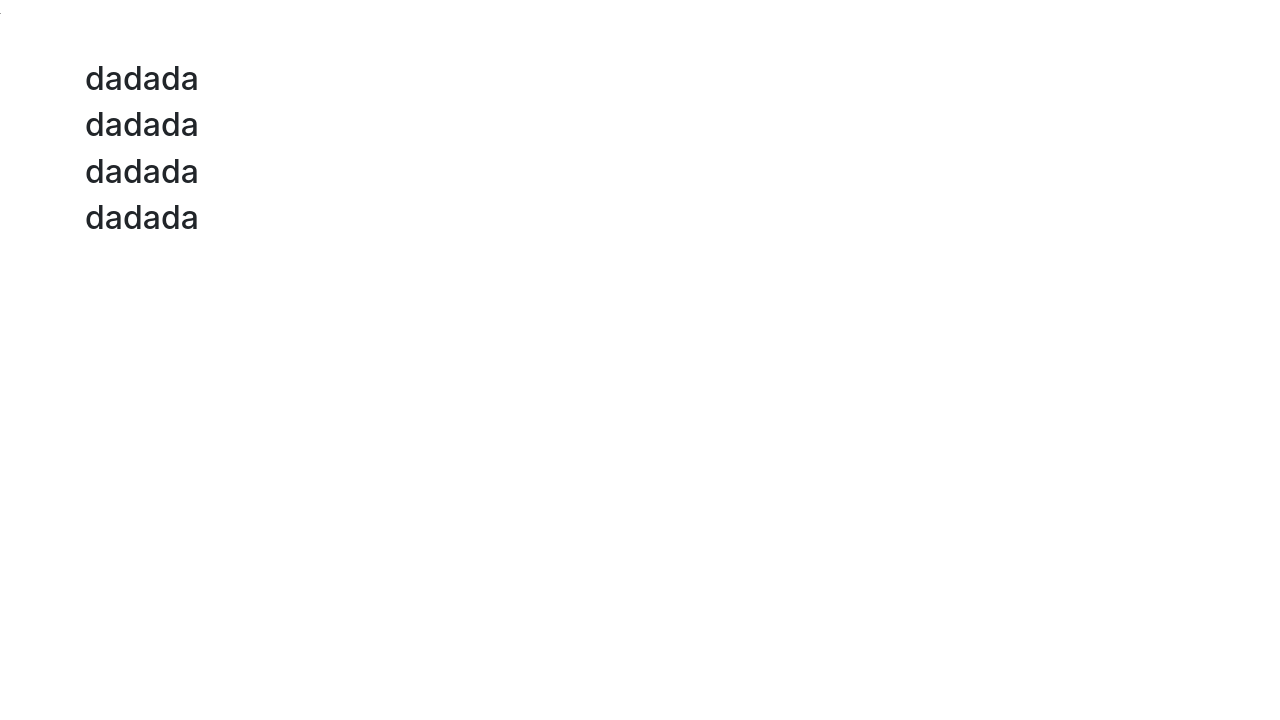
Repository: Yondo202/svProject
Page: /
An editor plug-in stored every save of this project. The page is shown before and after the next save, followed by the edit.
The browser window is 1280 px wide. The pictures show the whole page.
The project was rebuilt for these pictures with package versions that can differ from the ones it lists, and the page was loaded fresh each time. The framework's server and built-in components were replaced by stand-ins that run in the browser. Also part of the build but not shown: next.config.js.

Above is the page before, as saved 2020-11-18 17:13:57.

### pages/_app.js
import React from "react";
import App from "next/app";
import { AnimatePresence } from "framer-motion";
import { MenuProvider } from "@/miscs/ContextMenuProvider";
import { ThemeProvider } from "styled-components";
import * as theme from "@/miscs/theme";
import checkLanguage from "@/components/miscs/checkLanguage";

const base = "http://localhost:1337";

class MyApp extends App {
    state = {
        menu: [],
        completelyLoaded: false,
    };
    // async componentDidMount() {
    //     let res = await checkLanguage(queryString, null);
    //     this.setState({ completelyLoaded: true, menu: res.data.menu.Main});
    // }

    render() {
        const { Component, pageProps, router } = this.props;

        return (
            <ThemeProvider theme={theme}>
                <MenuProvider value={this.state}>
                    <AnimatePresence exitBeforeEnter>
                        <Component {...pageProps} key={router.route} />
                    </AnimatePresence>
                </MenuProvider>
            </ThemeProvider>
        );
    }
}

export default MyApp;

const queryString = ``

// const queryString = `
// {
// menu {
//     Main {
//     Title Slug Page {
//         Slug
//         }
//         }
//     }
// }`;

### pages/_document.js
import Document, { Html, Head, Main, NextScript } from 'next/document'
import Pixel from "@/components/miscs/Pixel";

class MyDocument extends Document {
    render(){
        return(
            <Html lang="mn">
                <Head>
                    <link rel="stylesheet" href="https://stackpath.bootstrapcdn.com/bootstrap/4.3.1/css/bootstrap.min.css" integrity="sha384-ggOyR0iXCbMQv3Xipma34MD+dH/1fQ784/j6cY/iJTQUOhcWr7x9JvoRxT2MZw1T" crossOrigin="anonymous"/>
                    <link rel="shortcut icon" href="/img/ico.png" />
                    <link href="https://fonts.googleapis.com/css2?family=Roboto:wght@300;400;700&display=swap" rel="stylesheet"/>
                    <link href="https://fonts.googleapis.com/css2?family=Poppins:wght@300;400;500&display=swap" rel="stylesheet"></link>
                    <Pixel/>
                </Head>
                <body>
                    <Main/>
                    <NextScript/>
                </body>
            </Html>
        )
    }
}

export default MyDocument

### pages/index.js
import React from "react";
import { motion } from "framer-motion";
import Background from '../components/Top'
import Forms from '../components/Forms'

function index() {
    return (
        <div>
            <Background />
            <Forms />
        </div>
    )
}

export default index




























// import Root from "@/core/Root";
// import ResolveComponent from "@/components/dynamic/ResolveComponent"
// import checkLanguage from "@/components/miscs/checkLanguage";
// import { MenuContext } from '@/miscs/ContextMenuProvider'
// import { useContext } from "react";

// const Index = ({ data }) => {

//     let { Layout } = data
//     const { completelyLoaded } = useContext(MenuContext);

//     return (
//         <motion.div exit={{ opacity: 0 }} initial={{ opacity: 0 }} animate={{ opacity: 1 }} >
//             <Root noFooter>
//                 {completelyLoaded &&
//                     <ResolveComponent data={Layout} />
//                 }
//             </Root>
//         </motion.div>
//     );

// };
// export default Index;

// export async function getServerSideProps({ params, req }) {
//     let res = await checkLanguage('/home', req, true);
//     return { props: { data: res.data } }
// }

### components/miscs/ContextMenuProvider.js
import React from 'react';

const MenuContext = React.createContext();

const MenuProvider = MenuContext.Provider
const MenuConsumer = MenuContext.Consumer

export {MenuProvider, MenuConsumer, MenuContext}

### components/miscs/theme.js
export const colorOne = "#532532";
export const colorTwo = "#123123";
export const fontSize = "16px";
export const fontFamily1 = "Poppins', sans-serif"

### components/miscs/checkLanguage.js
import fetch from "node-fetch";
import parseCookies from '@/miscs/parseCookies';

const checkLanguage = async (queryString, req, normal) =>{

    const cookies = parseCookies(req);
    const httpObject = { method: 'post', headers: { 'Content-Type': 'application/json'}, body: JSON.stringify({ query: `query ${queryString}`})}

    if(normal){
        return new Promise(async(resolve, reject) => {
            if(cookies['tb-lang'] === "en"){
                const res = await fetch(`http://localhost:1337${queryString}`);
                const pageData = await res.json();
                return resolve({data: pageData});
            }
            else{
                const res = await fetch(`http://localhost:1337${queryString}`);
                const pageData = await res.json();
                return resolve({data: pageData});
            }
        })
    }

    return new Promise(async(resolve, reject)=>{
      if(cookies['tb-lang'] === "en"){
          const res = await fetch('http://localhost:1337/graphql', httpObject)
          const pageData = await res.json()
          return resolve({data: pageData.data});
      }
      else{
          const res = await fetch('http://localhost:1337/graphql', httpObject)
          const pageData = await res.json()
          return resolve({data: pageData.data});
      }
    })

}

export default checkLanguage

### components/miscs/Pixel.js
import React from "react";

export default () => (
    <React.Fragment>
        <script
            dangerouslySetInnerHTML={{
                __html: `!function(f,b,e,v,n,t,s){if(f.fbq)return;n=f.fbq=function(){n.callMethod?n.callMethod.apply(n,arguments):n.queue.push(arguments)};if(!f._fbq)f._fbq=n;n.push=n;n.loaded=!0;n.version='2.0';n.queue=[];t=b.createElement(e);t.async=!0;t.src=v;s=b.getElementsByTagName(e)[0];s.parentNode.insertBefore(t,s)}(window,document,'script','https://connect.facebook.net/en_US/fbevents.js');fbq('init', '626874991348714'); fbq('track', 'PageView');`,
            }}
        />
        <noscript
            dangerouslySetInnerHTML={{
                __html: `<img height="1" width="1" src="https://www.facebook.com/tr?id=626874991348714&ev=PageView&noscript=1"/>`,
            }}
        />
    </React.Fragment>
);

### components/Top.js
// import React from 'react';

// const Test = ({data}) => {
//     return (
//         <div>
//             {data.Title && <h1>{data.Title}hahhaha</h1>}
//         </div>
//     );
// };

// export default Test;

import React from 'react'
import styled from 'styled-components'
function top({data}) {
    return (
        // <Conainer style={{backgroundImage: `url("https://jevelin.shufflehound.com/business/wp-content/uploads/sites/39/2019/11/Rectangle-1-copy-7.jpg?id=10")`}}>
        <Conainer>
         <div>

             hahas
            {/* {data.Title && <h1>{data.Title}hahhaha</h1>} */}
         </div>
        </Conainer>
    )
}

export default top


const Conainer = styled.div`
    Color:white;
    background-size: cover;
    background-position:center center;
    min-height: 80vh;
    max-height: 100vh;
    height: 100vh;
    width: 100%;
    position: fixed;
    top:0;
    z-index: -1;
`

### components/Forms.js
import React from 'react'
import styled from 'styled-components'


function Forms() {
    return (
        <Conainer className="container">
            <h2>dadada</h2>
            <h2>dadada</h2>
            <h2>dadada</h2>
            <h2>dadada</h2>
        </Conainer>
    )
}

export default Forms


const Conainer = styled.div`
    background-color:white;
    height:90vh;
    margin-top:5vh;
    border-radius:8px;
`

### components/miscs/parseCookies.js
import cookie from 'cookie'

export default function parseCookies(req) {
    return cookie.parse(req ? req.headers.cookie || "" : document.cookie);
}

After the next save:
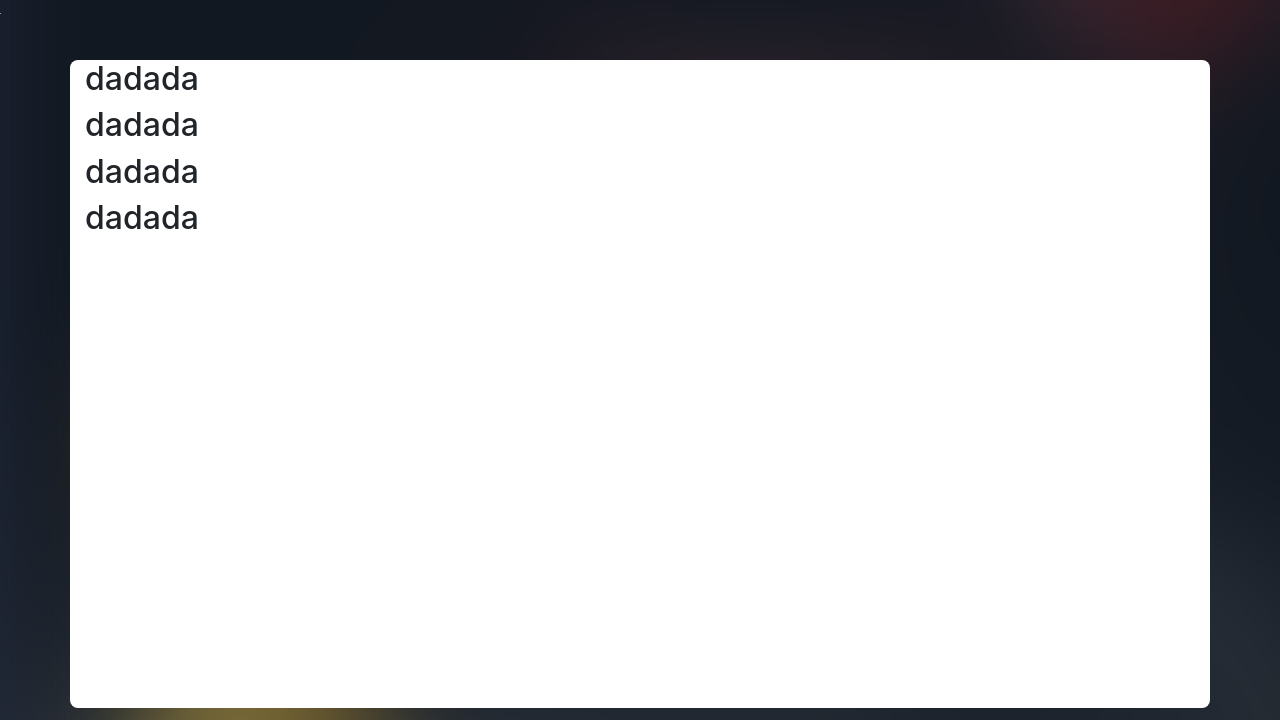
Saved 37 s later.
--- a/components/Top.js
+++ b/components/Top.js
@@ -16,11 +16,7 @@ function top({data}) {
     return (
         // <Conainer style={{backgroundImage: `url("https://jevelin.shufflehound.com/business/wp-content/uploads/sites/39/2019/11/Rectangle-1-copy-7.jpg?id=10")`}}>
         <Conainer>
-         <div>
-
-             hahas
-            {/* {data.Title && <h1>{data.Title}hahhaha</h1>} */}
-         </div>
+            <img src="/public/img/Blur.png"/>
         </Conainer>
     )
 }
